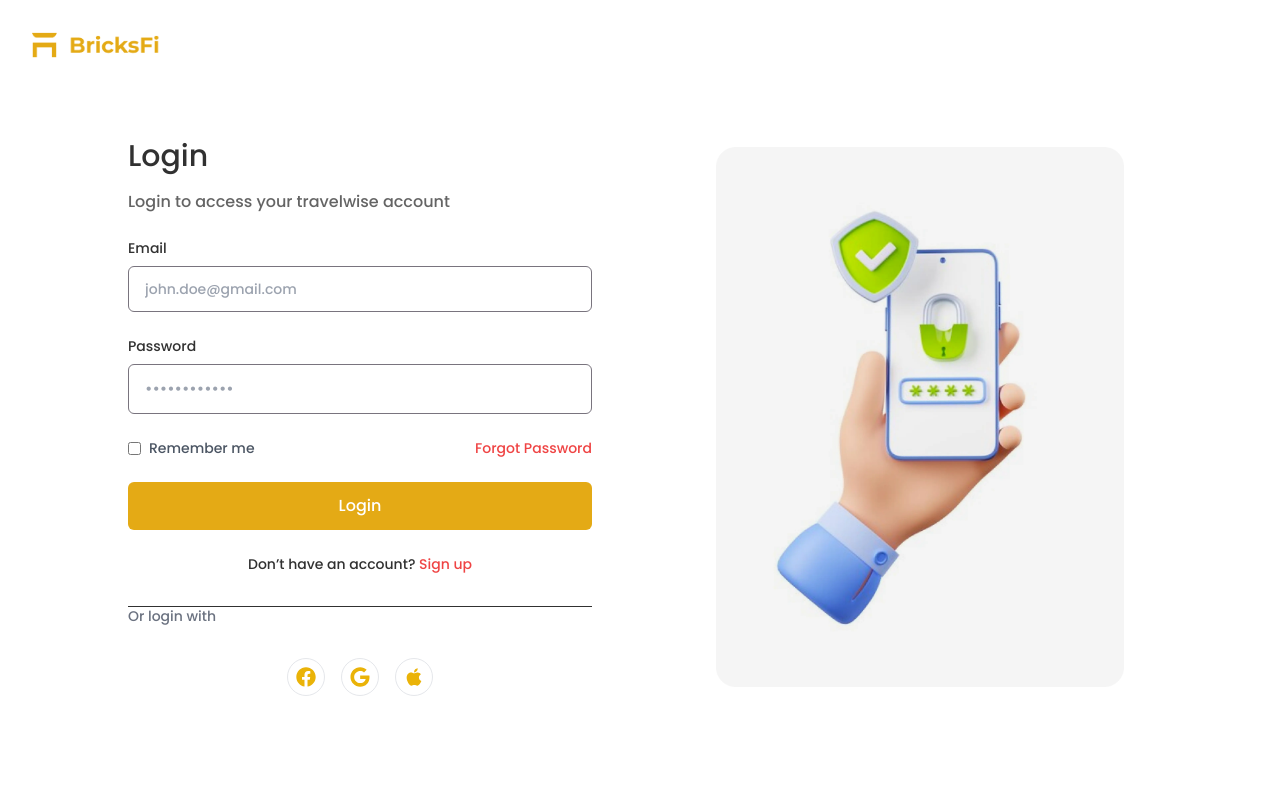
Repository: AyomideAkintade/BricksFi-Frontend
Page: /login (app in client/)
An editor plug-in stored every save of this project. The page is shown before and after the next save, followed by the edit.
The browser window is 1280 px wide. The pictures show the whole page.
The project was rebuilt for these pictures with package versions that can differ from the ones it lists, and the page was loaded fresh each time. Also part of the build but not shown: client/src/components/navbar.jsx, client/src/components/home.jsx, client/src/components/homeSecond.jsx, client/src/components/homeThird.jsx, client/src/components/homeFifth.jsx, client/src/components/homeSixth.jsx, client/src/components/homeSeventh.jsx, client/src/components/signup.jsx and 14 more.

Above is the page before, as saved 2024-10-04 22:12:40.

After the next save:
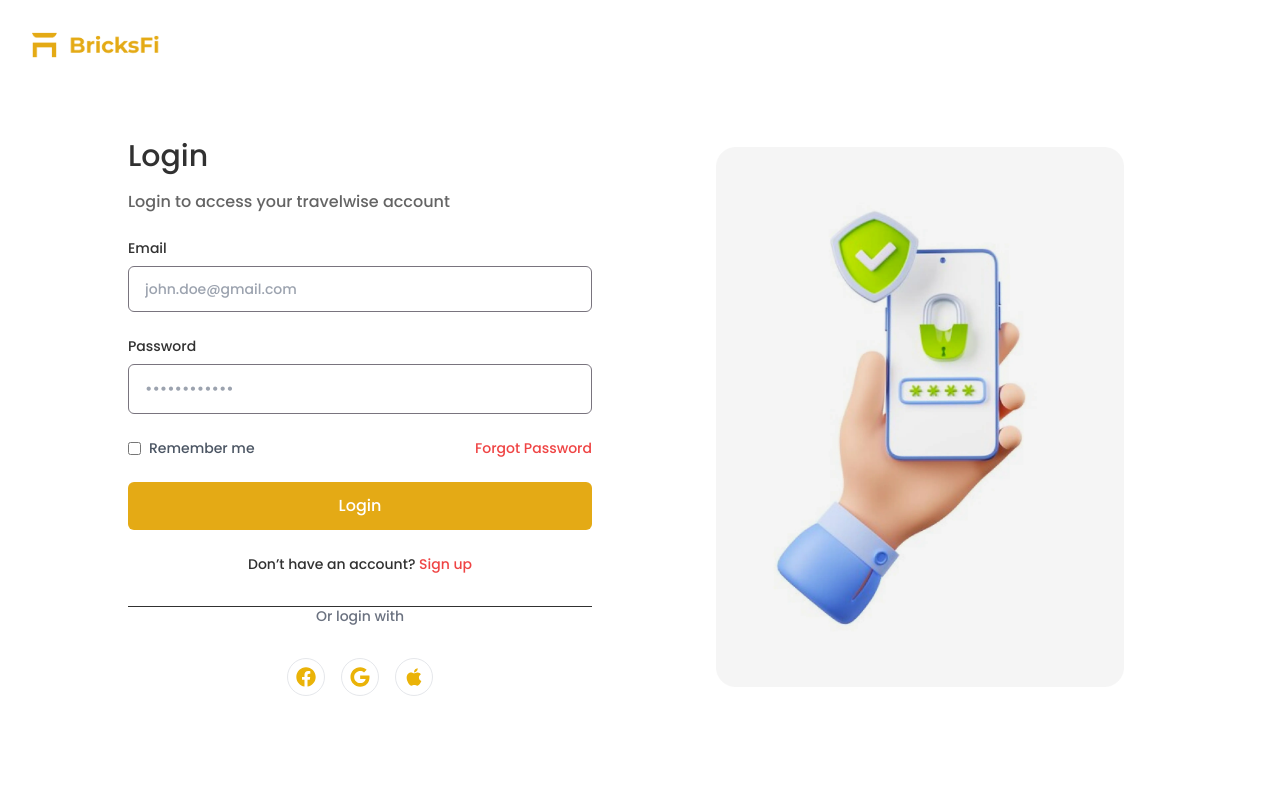
Saved 16 s later.
--- a/client/src/components/login.jsx
+++ b/client/src/components/login.jsx
@@ -85,7 +85,7 @@ const LoginPage = () => {
                   </Link>
                 </p>
               </div>
-              <div className="relative w-full">
+              <div className="relative w-full flex flex-col items-center">
                 <div className="absolute w-full h-[1px] bg-[#313131]"></div>
                 <div className="text-sm text-gray-500">Or login with</div>
               </div>
